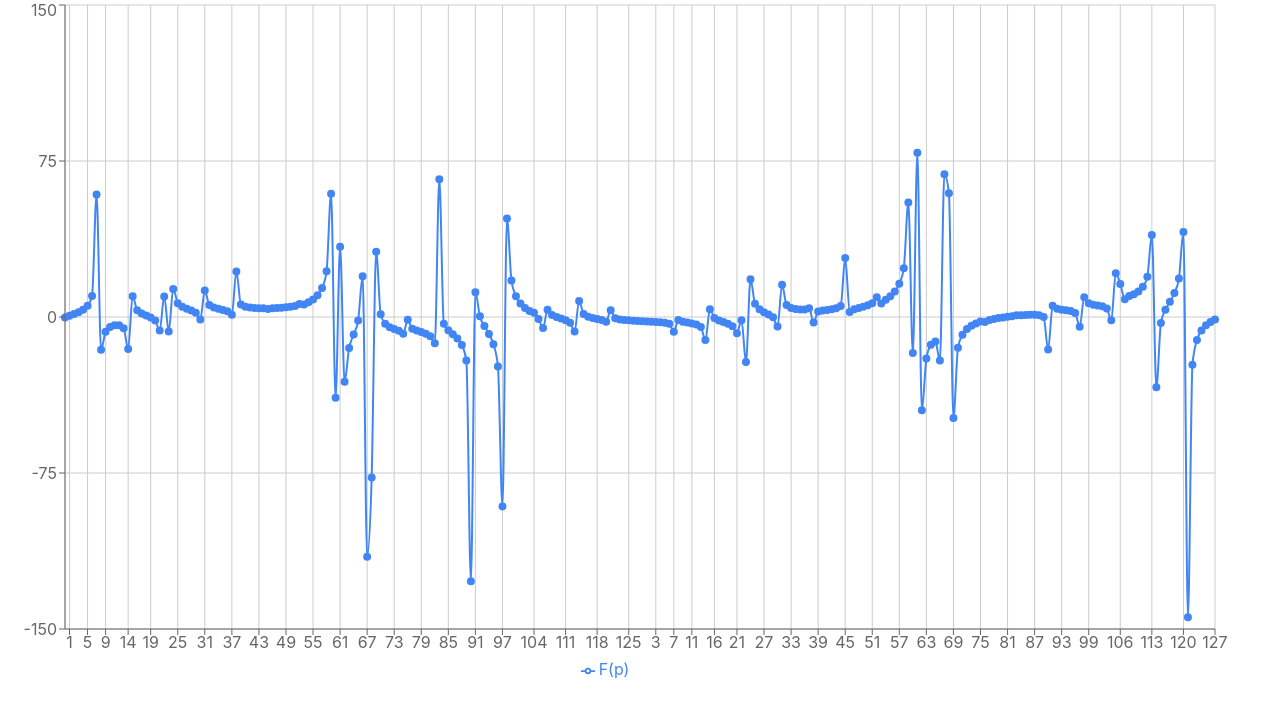
Repository: ivanburlakov/rts-labs
Page: / (app in lab2.2/)
The author's editor kept a copy of each file at every save. The page is drawn from the files as they stood at one save, then again after the next save.
The browser window is 1280 px wide. The pictures show the whole page.
The project was rebuilt for these pictures with package versions that can differ from the ones it lists, and the page was loaded fresh each time.

Above is the page before, as saved 2021-04-26 15:32:35.

After the next save:
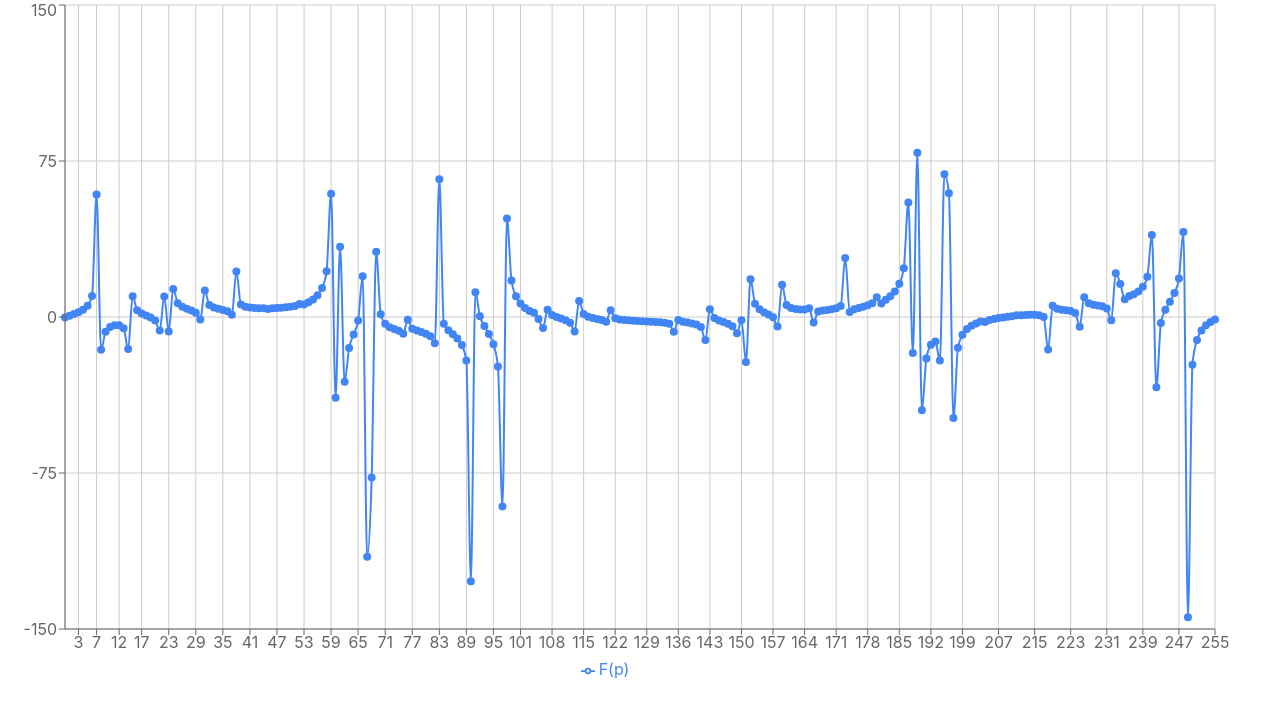
Saved 3 min 59 s later.
--- a/lab2.2/src/App.js
+++ b/lab2.2/src/App.js
@@ -33,7 +33,7 @@ function FFT(samples) {
     even[i] = samples[2 * i];
     odd[i] = samples[2 * i + 1];
   }
-  const data = [];
+  const F = [];
   for (let p = 0; p < N / 2; p++) {
     let Feven = 0;
     let Fodd = 0;
@@ -43,21 +43,16 @@ function FFT(samples) {
     for (let k = 0; k < N / 2; k++) {
       Fodd += odd[k] * W(p, k, N / 2);
     }
-    data[p] = {
-      p,
-      'F(p)': Fodd + Wp(p, N) * Feven,
-    };
-    data[p + N / 2] = {
-      p,
-      'F(p)': Fodd - Wp(p, N) * Feven,
-    };
+    F[p] = Fodd + Wp(p, N) * Feven;
+    F[p + N / 2] = Fodd - Wp(p, N) * Feven;
   }
-  return data;
+  return F;
 }
 
 function generateChart(harmonics, frequencyBorder, ticks) {
   const results = [];
   const x = [];
+  const data = [];
   const a = [
     0.4339828585740546,
     0.7913122899825349,
@@ -97,7 +92,13 @@ function generateChart(harmonics, frequencyBorder, ticks) {
     }
     x.push(sum);
   }
-  const data = FFT(x);
+  const F = FFT(x);
+  for (const p in F) {
+    data.push({
+      p,
+      'F(p)': F[p],
+    });
+  }
   return data;
 }
 
